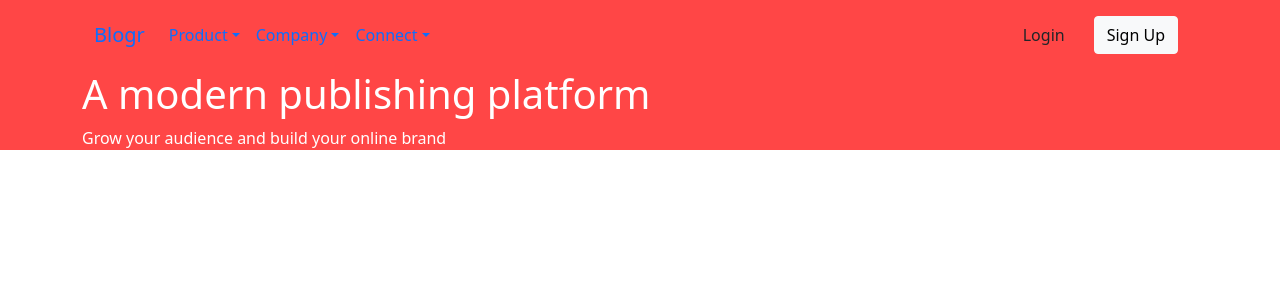
Repository: badhon252/blogr-landing-page
Page: /
These files come from the project's save history. The page is drawn as it stood at one moment and after the next save; the edit follows.
The browser window is 1280 px wide. The pictures show the whole page.
The project was rebuilt for these pictures with package versions that can differ from the ones it lists, and the page was loaded fresh each time.

Above is the page before, as saved 2022-01-17 23:00:30.

After the next save:
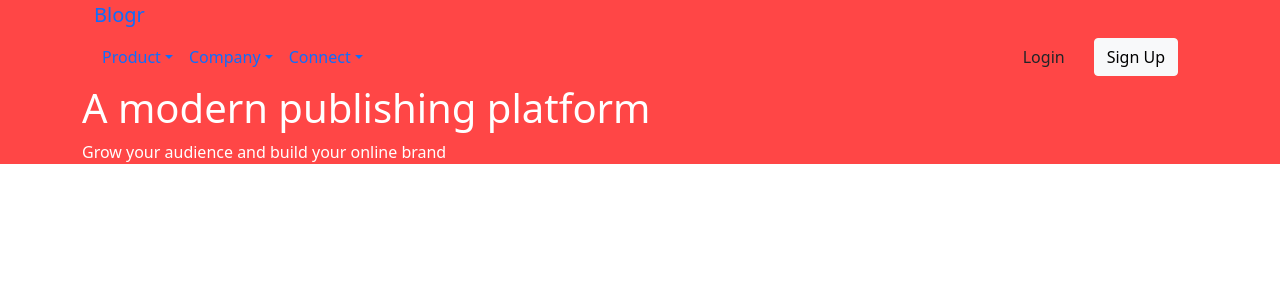
Saved 25 s later.
--- a/src/components/Header/Nav.js
+++ b/src/components/Header/Nav.js
@@ -3,7 +3,7 @@
 const Nav = () => {
   return (
     <div>
-      <nav className="navbar navbar-expand-lg header-nav">
+      <nav className=" navbar-expand-lg header-nav">
         <div className="container-fluid">
           <a className="navbar-brand" href="/">
             Blogr

After the save that followed:
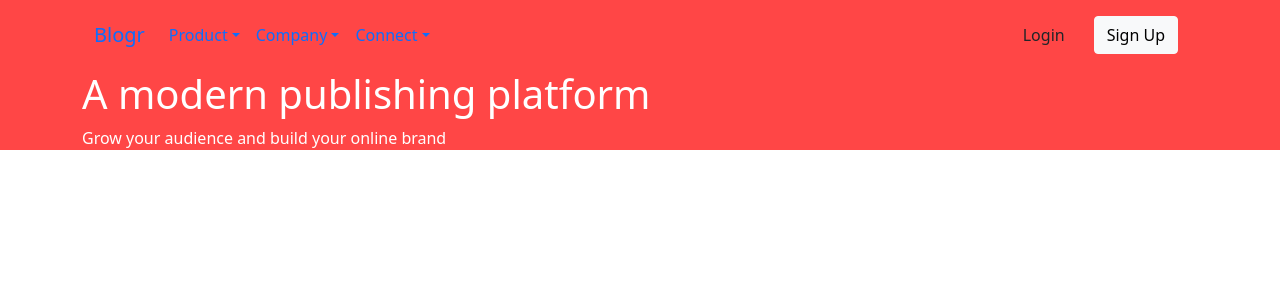
Saved 15 s later.
--- a/src/components/Header/Nav.js
+++ b/src/components/Header/Nav.js
@@ -3,7 +3,7 @@
 const Nav = () => {
   return (
     <div>
-      <nav className=" navbar-expand-lg header-nav">
+      <nav className="navbar navbar-expand-lg header-nav">
         <div className="container-fluid">
           <a className="navbar-brand" href="/">
             Blogr
